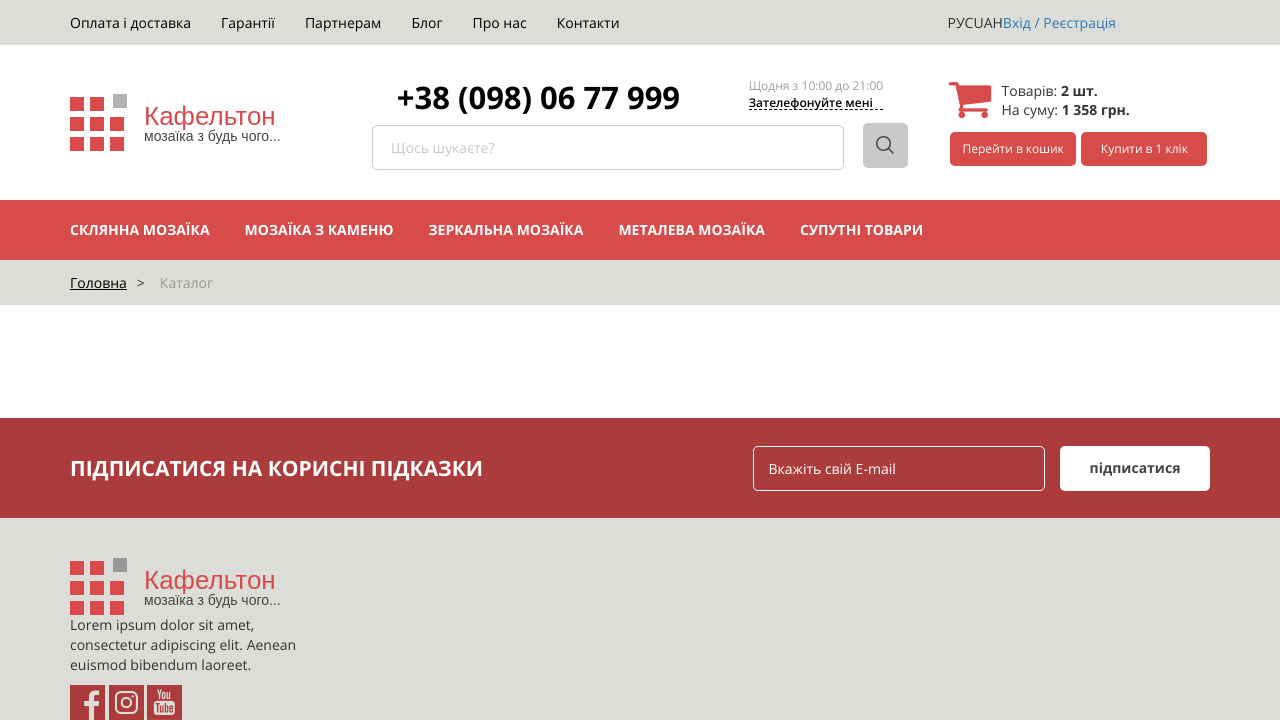
Repository: zellenka/mozaika
Page: app/index.html
The author's editor kept a copy of each file at every save. The page is drawn from the files as they stood at one save, then again after the next save.
The browser window is 1280 px wide. The pictures show the whole page.
Some web fonts or font styles are not loaded; a fallback is used. The style sheet was rebuilt from its Sass, Less or Tailwind sources for each picture, by a compiler version that may differ from the author's.

Above is the page before, as saved 2018-07-13 16:17:43.
Console error (its wording comes from the project's code and is left out).

After the next save:
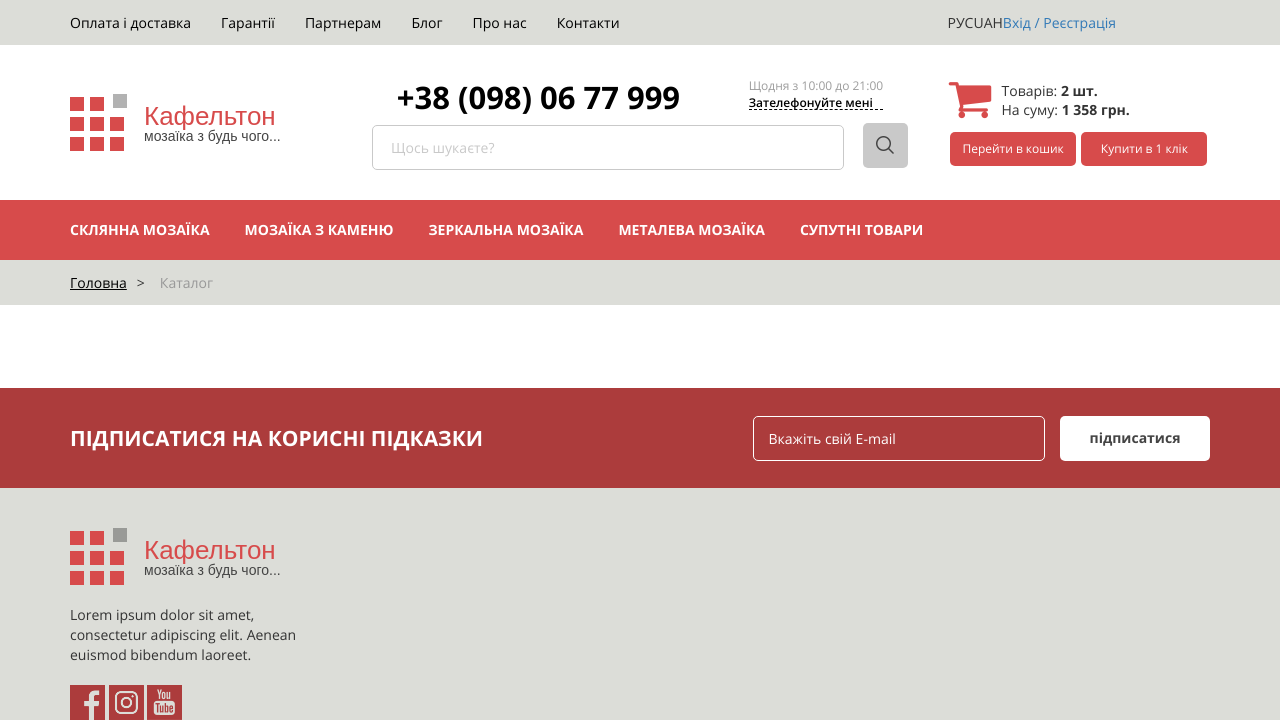
Saved 4 s later.
--- a/app/index.html
+++ b/app/index.html
@@ -133,11 +133,11 @@
 										<p class="header__middle-logo-slogan">мозаїка з будь чого...</p>
 								</div>
 						</a>
-						<p>Lorem ipsum dolor sit amet,
+						<p class="footer-block__social-text">Lorem ipsum dolor sit amet,
 								consectetur adipiscing elit. Aenean
 								euismod bibendum laoreet.</p>
 
-								<div>
+								<div class="footer-block__social-icons">
 									<a href=""><img src="/img/facebook.png" alt=""></a>
 									<a href=""><img src="/img/instagram.png" alt=""></a>
 									<a href=""><img src="/img/youtube.png" alt=""></a>
